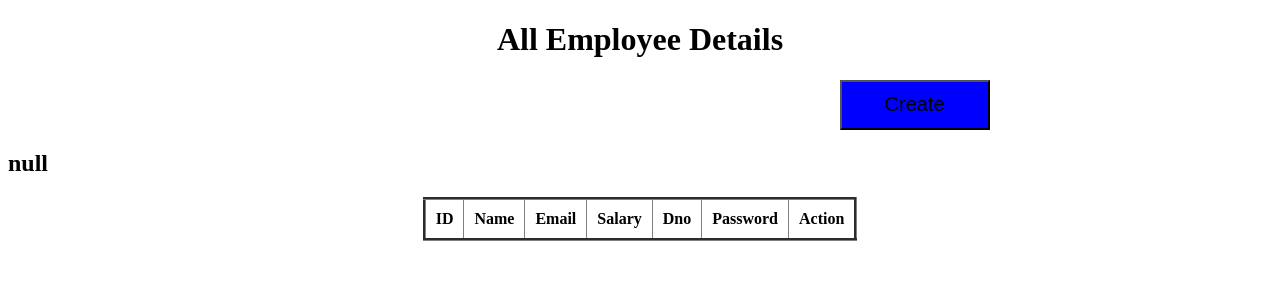
Repository: Madavahari/Servlets
Page: http://localhost/ems/allemp
These files come from the project's save history. The page is drawn as it stood at one moment and after the next save; the edit follows.
The browser window is 1280 px wide. The pictures show the whole page.
The page is served by Tomcat 9. Other server files are loaded and not shown. Queries for data that is not in the repository find no rows.

Above is the page before, as saved 2024-10-16 07:18:50.
Console error: TypeError: Cannot read properties of null (reading 'style')

### servlets/ems/src/main/webapp/allemp.jsp
<%@page import="java.sql.ResultSet"%>
<%@ page language="java" contentType="text/html; charset=UTF-8"
    pageEncoding="UTF-8"%>
<!DOCTYPE html>
<html>
<head>
<meta charset="UTF-8">
<title>All Employee page</title>
<style type="text/css">
#createbtn
{
margin-left:65%;
margin-top:5px;
padding:10px;
}
#btn
{
height:50px;
width:150px;
font-size: 20px;
background-color: blue;
}
</style>
</head>
<body>
<h1 style="text-align:center">All Employee Details</h1>
<a id="createbtn" href="reg.jsp" ><button id="btn">Create</button></a>
<h2><%= session.getAttribute("name") %></h2>
<table border="3" cellpadding="10" rules="all" align="center">
<thead>
<tr>
<th>ID</th>
<th>Name</th>
<th>Email</th>
<th>Salary</th>
<th>Dno</th>
<th>Password</th>
<th colspan="2">Action</th>
</tr>
</thead>
<%
		ResultSet rs=(ResultSet)request.getAttribute("rs");
		while(rs.next()) {
%>
       <tr>
		<td><%= rs.getString(1) %></td>
		<td><%= rs.getString(2) %></td>
		<td><%= rs.getString(3) %></td>
		<td><%= rs.getString(4) %></td>
		<td><%= rs.getString(5) %></td>
		<td><%= rs.getString(6) %></td>
		<td><a href="delete?id= <%= rs.getString(1) %>"><button>Delete</button></a></td>
	    <td><a href="updatepage?id= <%= rs.getString(1) %>"><button>update</button></a></td>

		</tr>


	<%
		}
	%>
</table>
<script type="text/javascript">
let msgEle=document.getElementById("mg1");
setTimeout(()=>{
	msgEle.style.display="none";
},2000);
</script>

</body>
</html>

### servlets/ems/src/main/java/ems/FetchAllEmployeeServlet.java
package ems;

import java.io.IOException;
import java.sql.Connection;
import java.sql.DriverManager;
import java.sql.ResultSet;
import java.sql.SQLException;
import java.sql.Statement;

import javax.servlet.RequestDispatcher;
import javax.servlet.ServletException;
import javax.servlet.annotation.WebServlet;
import javax.servlet.http.HttpServlet;
import javax.servlet.http.HttpServletRequest;
import javax.servlet.http.HttpServletResponse;

@WebServlet(urlPatterns="/allemp")
public class FetchAllEmployeeServlet extends HttpServlet
{
	@Override
	protected void doGet(HttpServletRequest req, HttpServletResponse resp) throws ServletException, IOException
	{
		try {
			Class.forName("com.mysql.cj.jdbc.Driver");
			Connection con=DriverManager.getConnection("jdbc:mysql://localhost:3306/ems","root","root");
			Statement s=con.createStatement();
			ResultSet rs=s.executeQuery("select * from emp");
			req.setAttribute("rs", rs);
			RequestDispatcher rd=req.getRequestDispatcher("allemp.jsp");
			rd.forward(req, resp);

			rs.close();
			s.close();
			con.close();

		} catch (ClassNotFoundException | SQLException e) {
			e.printStackTrace();
		}

	}

}

After the next save:
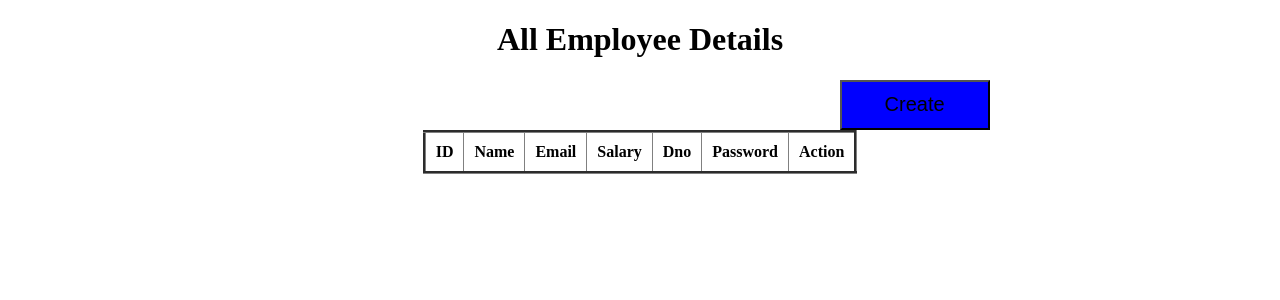
Saved 26 s later.
--- a/servlets/ems/src/main/webapp/allemp.jsp
+++ b/servlets/ems/src/main/webapp/allemp.jsp
@@ -25,7 +25,7 @@ background-color: blue;
 <body>
 <h1 style="text-align:center">All Employee Details</h1>
 <a id="createbtn" href="reg.jsp" ><button id="btn">Create</button></a>
-<h2><%= session.getAttribute("name") %></h2>
+
 <table border="3" cellpadding="10" rules="all" align="center">
 <thead>
 <tr>
